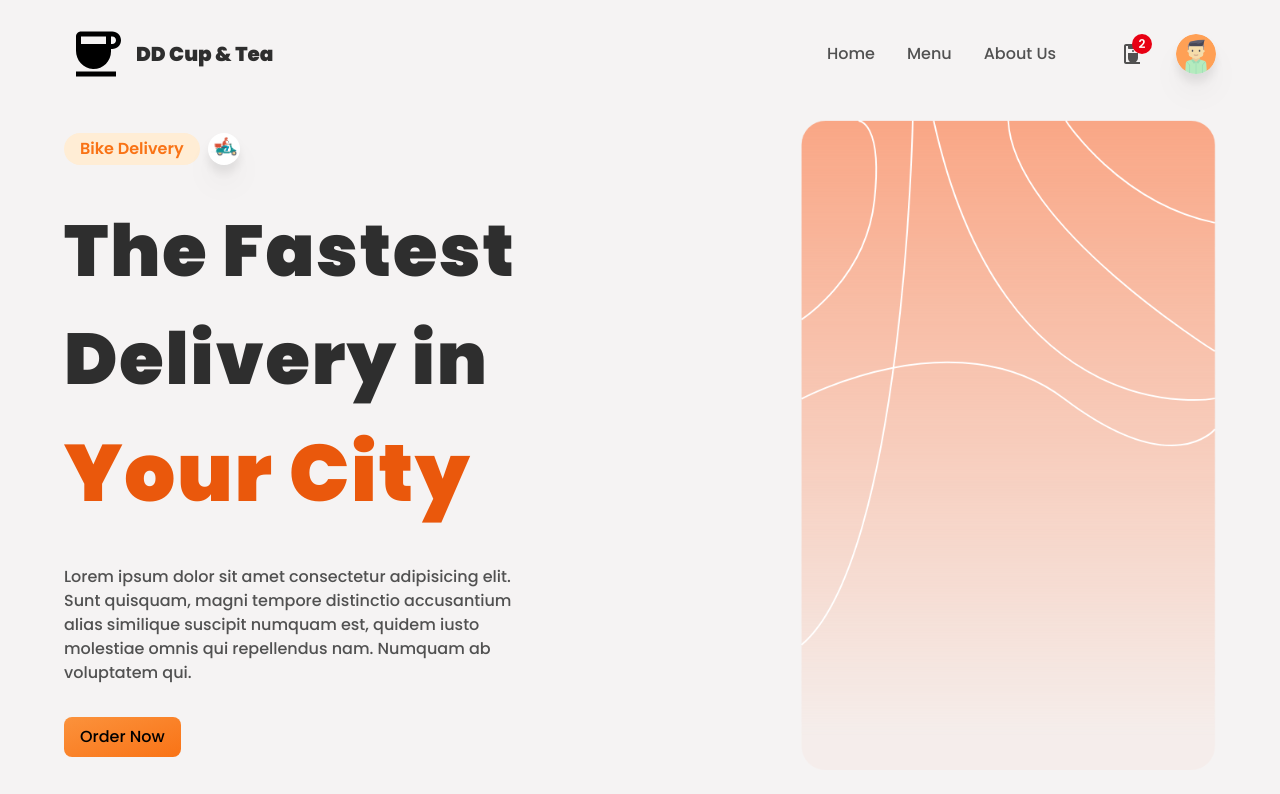
Repository: duongspm/ddcoffee
Page: /
These files come from the project's save history. The page is drawn as it stood at one moment and after a run of saves; the edit follows.
The browser window is 1280 px wide. The pictures show the whole page.
The project was rebuilt for these pictures with package versions that can differ from the ones it lists, and the page was loaded fresh each time. Also part of the build but not shown: src/App.css, src/components/CreateContainer.jsx. Imported but missing from the stored project, and not drawn on this page: src/ut.

Above is the page before, as saved 2022-07-12 19:53:04.

After the next 7 saves:
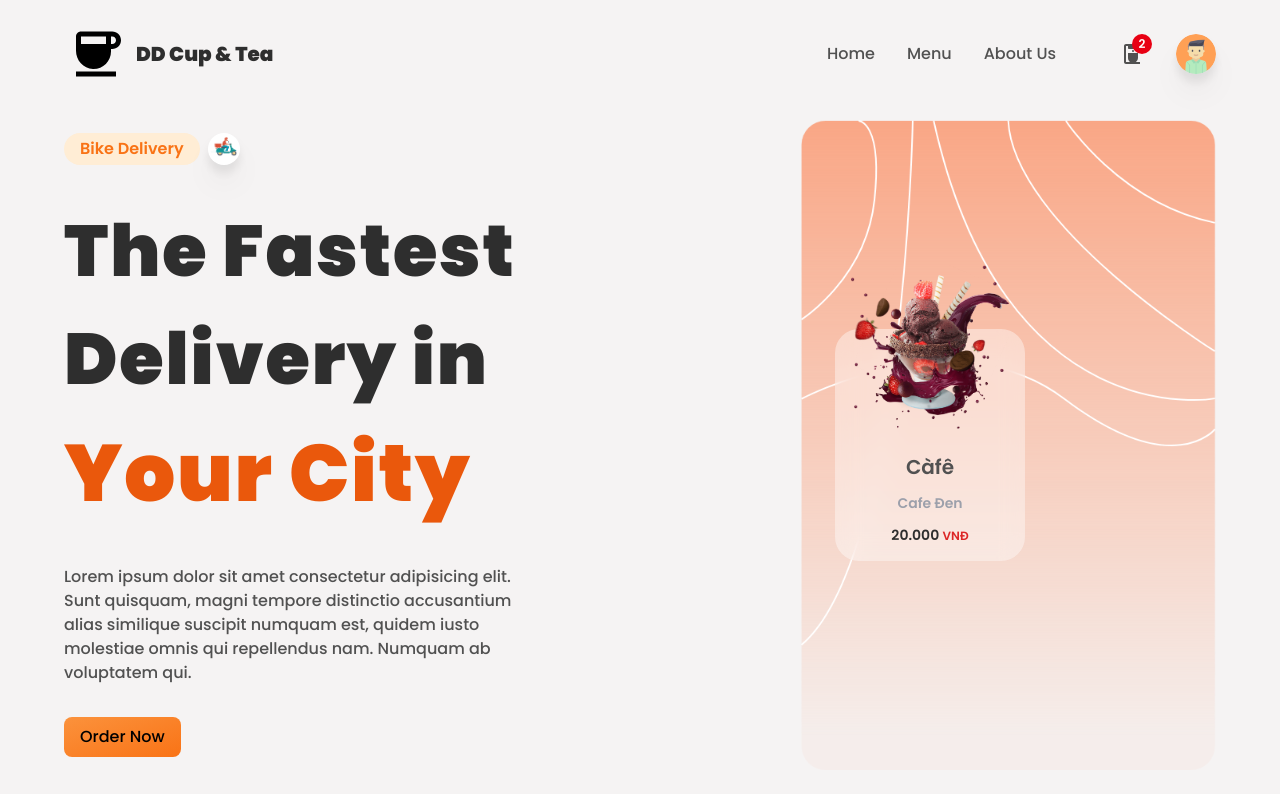
The 7 saves are shown as one change because 4 did not build or start and some came seconds apart.
The last was saved 2 min 5 s later.
--- a/src/components/HomeContainer.jsx
+++ b/src/components/HomeContainer.jsx
@@ -2,7 +2,7 @@ import React from 'react';
 import delivery from '../assets/imgs/delivery.png';
 import HeroBg from '../assets/imgs/heroBg.png';
 import I1 from '../assets/imgs/i1.png';
-
+import heroData from '../ut'
 const HomeContainer = () => {
     return (
         <section id="home" className='grid grid-cols-1 md:grid-cols-2 gap-2 w-full'>
@@ -20,7 +20,13 @@ const HomeContainer = () => {
             <div className='py-2 flex-1 flex items-center relative'>
                 <img src={HeroBg} className="ml-auto h-420 w-full lg:w-auto lg:h-650" alt="hero-bg"/>
                 <div className='w-full h-full absolute flex items-center justify-center top-0 left-0 px-32 py-4'>
-
+                    {/* {heroData && } */}
+                    <div className='w-190 bg-cardOverlay backdrop-blur-md p-4 rounded-3xl flex flex-col items-center justify-center'>
+                        <img src={I1} className='w-40 -mt-20' alt='i1'/>
+                        <p className='text-xl font-semibold text-textColor mt-6'>Càfê</p>
+                        <p className='text-sm font-semibold text-lighttextGray my-3'>Cafe Đen</p>
+                        <p className='text-sm font-semibold text-headingColor'>20.000 <span className='text-xs text-red-600'>VNĐ</span></p>
+                    </div>
                 </div>
             </div>
         </section>
